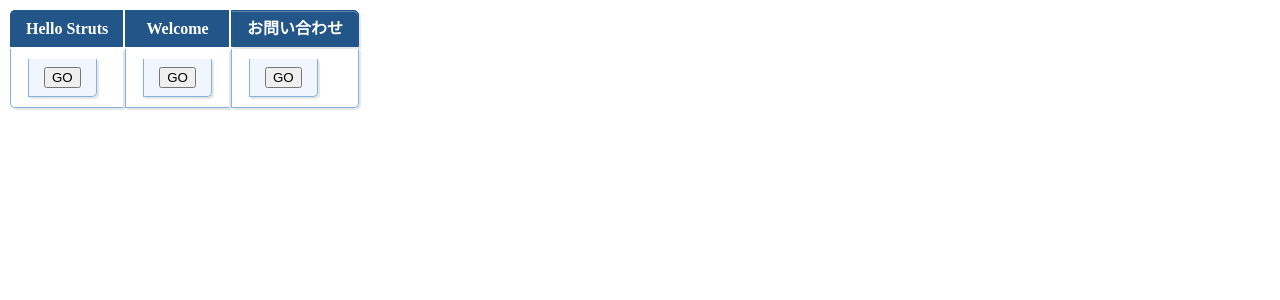
Repository: kf3225/backup
Page: http://localhost/WebProj5/
These files come from the project's save history. The page is drawn as it stood at one moment and after the next save; the edit follows.
The browser window is 1280 px wide. The pictures show the whole page.
The page is served by Tomcat 9. Other server files are loaded and not shown.

Above is the page before, as saved 2018-01-19 03:19:52.

### WebProj5/WebContent/index.jsp
<%@ page language="java" contentType="text/html; charset=UTF-8"
    pageEncoding="UTF-8"%>
<%@ taglib prefix="s" uri="/struts-tags" %>
<!DOCTYPE html PUBLIC "-//W3C//DTD HTML 4.01 Transitional//EN" "http://www.w3.org/TR/html4/loose.dtd">
<html>
<head>
<meta http-equiv="Content-Type" content="text/html; charset=UTF-8">
<link rel="stylesheet" type="text/css" href="./css/style.css">
<title>INDEX</title>
</head>
<body>
	<table>
	<tbody>
		<tr>
			<th>Hello Struts</th>
			<th>Welcome</th>
			<th>お問い合わせ</th>
		</tr>
		<tr>
			<td>
			<s:form action="HelloStrutsAction">
				<s:submit value="GO"/>
			</s:form>
			</td>
			<td>
			<s:form action="WelcomeAction">
				<s:submit value="GO"/>
			</s:form>
			</td>
			<td>
			<s:form action="InquiryAction">
				<s:submit value="GO"/>
			</s:form>
			</td>
		</tr>
	</tbody>
	</table>
</body>
</html>

### WebProj5/WebContent/css/style.css
@CHARSET "UTF-8";

table {
	width:auto;
	border-spaceing:0;
	font-size:14;
}

table th {
	color:#fff;
	padding:8px 15px;
	background:#258;
	background:-moz-linear-gradient(rgba(34, 85, 136, 0.7), rgba(34, 85, 136, 0.9) 50%);
	background:-weblit-gradient(linear, 100% 0%, 100% 50%, from(rgba(34, 85, 136, 0.7)), to(rgba(34, 85, 136, 0.9)));
	font-weight:bold;
	border-left:1px solid #258;
	border-top:1px solid #258;
	border-bottom:1px solid #258;
	line-height:120%;
	text-align:center;
	text-shadow:0 -1px 0 rgba(34, 85, 136, 0.3) inset;
}

table th:first-child {
	border-radius:5px 0 0 0;
}

table th:last-child {
	border-radius:0 5px 0 0;
	border-right:1px solid #258;
	box-shadow:2px 2px 1px rgba(0, 0, 0, 0.1), 0px 1px 1px rgba(255, 255, 255, 0.3) inset;
}

table tr td {
	padding:8px 15px;
	border-bottom:1px solid #84b2e0;
	border-left:1px solid #84b2e0;
	text-align:center;
}

table tr td:last-child {
	border-right:1px solid #84b2e0;
	box-shadow:2px 2px 2px rgba(0, 0, 0, 0.1);
}

table tr {
	background:#fff;
}

table tr:nth-child(2n+1) {
	background:#f1f6fe;
}

table tr:last-child td {
	box-shadow:2px 2px 1px rgba(0, 0, 0, 0.1);
}

table tr:last-child td:first-child {
	border-radius:0 0 0 5px;
}

table tr:last-child td:last-child {
	border-radius:0 0 5px 0;
}

table tr:hover {
	background:#bbd4ee;
	cursor:pointer;
}

After the next save:
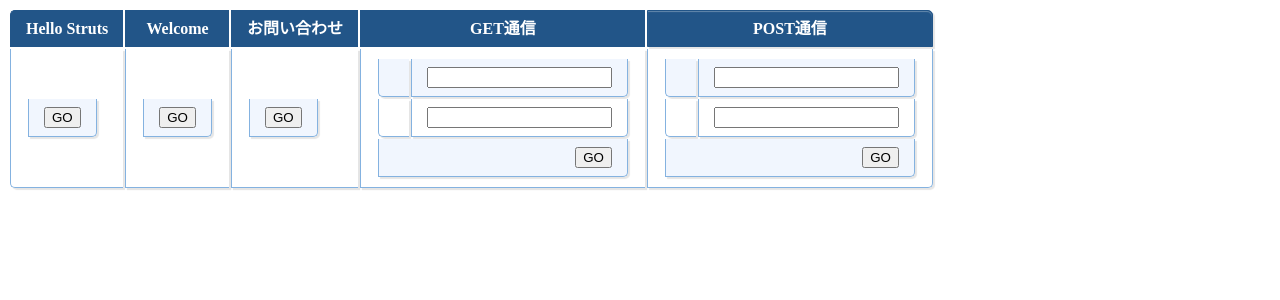
Saved 45 min 9 s later.
--- a/WebProj5/WebContent/index.jsp
+++ b/WebProj5/WebContent/index.jsp
@@ -15,6 +15,8 @@
 			<th>Hello Struts</th>
 			<th>Welcome</th>
 			<th>お問い合わせ</th>
+			<th>GET通信</th>
+			<th>POST通信</th>
 		</tr>
 		<tr>
 			<td>
@@ -32,6 +34,20 @@
 				<s:submit value="GO"/>
 			</s:form>
 			</td>
+			<td>
+			<s:form method="get" action="TestAction">
+				<s:textfield name="username"/>
+				<s:password name="password"/>
+				<s:submit value="GO"/>
+			</s:form>
+			</td>
+			<td>
+			<s:form method="post" action="TestAction">
+				<s:textfield name="username"/>
+				<s:password name="password"/>
+				<s:submit value="GO"/>
+			</s:form>
+			</td>
 		</tr>
 	</tbody>
 	</table>
